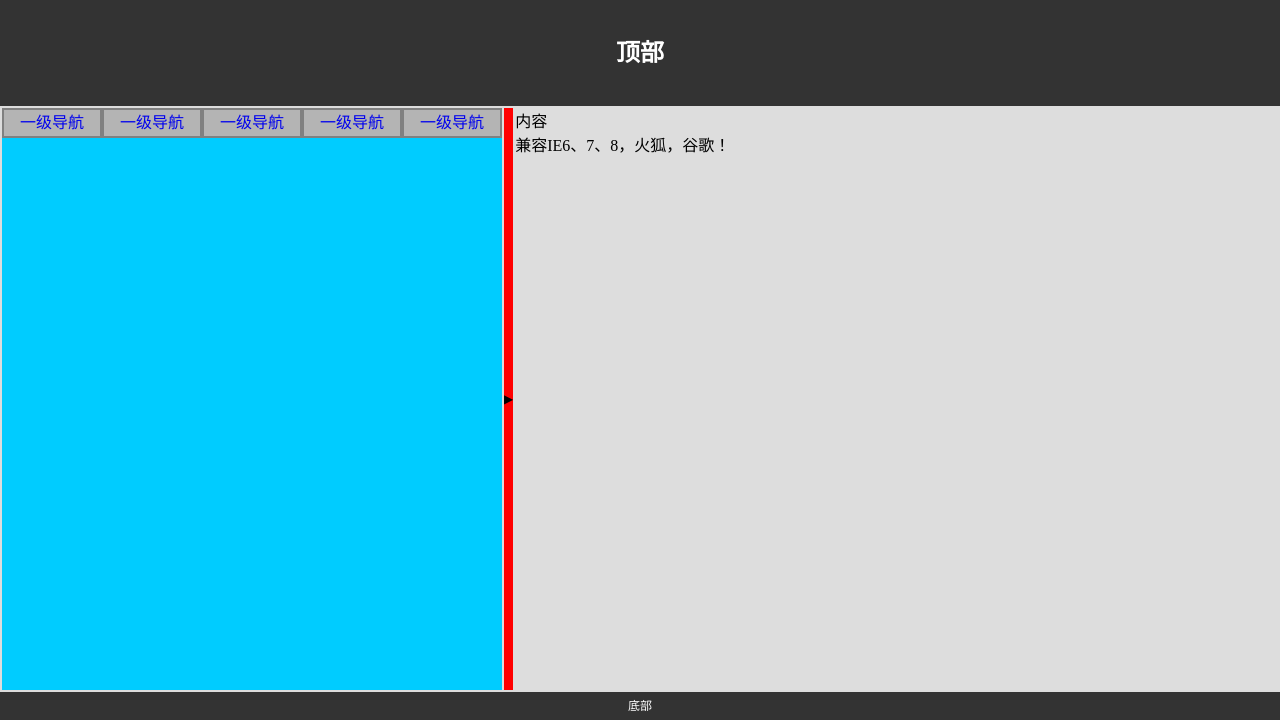
Repository: figo645/NewGenerationOA
Page: http://localhost/mavenweb/
The author's editor kept a copy of each file at every save. The page is drawn from the files as they stood at one save, then again after the next save.
The browser window is 1280 px wide. The pictures show the whole page.
The page is served by Tomcat 9. Nobody is signed in. The application's start-up code is not run. Other server files are loaded and not shown.

Above is the page before, as saved 2015-09-24 05:13:12.

### 3.implementtation/prototype_ws/mavenweb/src/main/webapp/index.jsp
<%@ page contentType="text/html;charset=utf-8"%>
<html xmlns="http://www.w3.org/1999/xhtml";>
<head>
<title>自适应</title>
<style type="text/css">
html {
	height: 100%;
	max-height: 100%;
	padding: 0;
	margin: 0;
	border: 0;
	background: #eef0ef;
	font-size: 76%;
	overflow: hidden;
}

body {
	height: 100%;
	max-height: 100%;
	border: 0;
	overflow: hidden;
	background: #fff;
	padding: 0;
}
/*lay
--------------*/
#content {
	position: absolute;
	overflow: hidden;
	z-index: 3;
	top: 106px;
	left: 0;
	width: 100%;
	bottom: 28px;
	bottom: 28px\9;
	background: #ddd;
}

* html #content {
	top: 0;
	height: 100%;
	max-height: 100%;
	width: 100%;
	overflow: hidden;
	position: absolute;
	z-index: 3;
	border-top: 106px solid #fff;
	border-bottom: 28px solid #fff;
}

#header {
	position: absolute;
	margin: 0;
	top: 0;
	left: 0;
	display: block;
	width: 100%;
	height: 106px;
	line-height: 106px;
	background: #333;
	z-index: 5;
	overflow: hidden;
	color: #fff;
	text-align: center;
}

#footer {
	position: absolute;
	margin: 0;
	bottom: 0;
	left: 0;
	display: block;
	width: 100%;
	height: 28px;
	line-height: 28px;
	text-align: center;
	z-index: 5;
	overflow: hidden;
	color: #fff;
	background: #333;
}

/*中间表格*/
.main_tab {
	width: 100%;
	height: 100%;
}

.main_tab td {
	padding: 0px;
	margin: 0px;
	vertical-align: top;
	height: 100%;
	max-height: 100%;
}

.main_tab td.td_left {
	width: 181px;
	background: #00CCFF;
}

.main_tab td.td_close {
	padding: 0px;
	width: 8px;
	vertical-align: middle;
	background: #ff0000;
	font-size: 12px;
	overflow: hidden;
}
</style>

<style type="text/css">
/*设置通配符样式*/
* {
	margin: 0;
	padding: 0;
}

body {
	font-size: 12px;
}

ul {
	list-style: none;
}

a {
	text-decoration: none;
}

/*设置二级导航样式*/
.nav {
	width: 500px;
	height: 30px;
	background-color: #b4b4b4;
	/*导航栏居中*/
	margin: auto;
}

.nav ul li {
	width: 100px;
	height: 30px;
	float: left;
	position: relative;
}

.nav ul li a {
	display: block;
	width: 96px;
	border: 2px solid gray;
	height: 26px;
	line-height: 26px;
	text-align: center;
}

.nav ul li a:hover {
	background-color: yellow;
}

/*设置一级导航样式*/
.nav ul li ul {
	display: none;
}

.nav ul li:hover ul {
	display: block;
	width: 100px;
	position: absolute;
	top: 30px;
	left: 0;
	background-color: white;
}

.nav ul li:hover ul li a {
	display: block;
	width: 96px;
	height: 26px;
	line-height: 26px;
	border: 2px solid gray;
	text-align: center;
}

.nav ul li:hover ul li a:hover {
	background-color: orange;
}

/*设置三级导航样式*/
.nav ul li:hover ul li ul {
	display: none;
}

.nav ul li:hover ul li:hover ul {
	display: block;
	width: 100px;
	position: absolute;
	top: 0px;
	left: 100px;
	background-color: #b4b4b4;
}

.nav ul li:hover ul li:hover ul li {
	width: 100px;
	height: 30px;
}

.nav ul li:hover ul li:hover ul li a {
	display: block;
	width: 96px;
	height: 26px;
	line-height: 26px;
	border: 2px solid gray;
	text-align: center;
}

.nav ul li:hover ul li:hover ul li a:hover {
	background-color: #00CC00;
}

.nav ul li:hover ul .nav_jw ul {
	display: none;
}

.nav ul li:hover ul .nav_jw:hover ul {
	display: block;
	width: 100px;
	position: absolute;
	top: 0px;
	left: -100px;
	background-color: #b4b4b4;
}

.nav ul li:hover ul .nav_jw:hover ul li {
	width: 100px;
	height: 30px;
}

.nav ul li:hover ul .nav_jw:hover ul li a {
	display: block;
	width: 96px;
	height: 26px;
	line-height: 26px;
	border: 2px solid gray;
	text-align: center;
}

.nav ul li:hover ul .nav_jw:hover ul li a:hover {
	background-color: #00CC00;
}
</style>

<script type="text/javascript">
	function show() {
		if (document.getElementById("left").style.display == 'none') { //判断目前左边栏的状态（显示、隐藏）
			document.getElementById("left").style.display = 'block'; //显示左边栏
		} else {
			document.getElementById("left").style.display = 'none'; //隐藏左边栏
		}
	}
</script>
</head>
<body>
	<div id="header">
		<h1>顶部</h1>
	</div>
	<div id="content">
		<table cellpadding="0" cellpadding="0" border="0" class="main_tab">
			<tr>
				<td class="td_left" id="left">
					<div class="menu_column">
						<div class="title"></div>
						<div class="menu_con">
							<div class="lef_nav">
								<div class="nav">
									<ul>
										<li><a href="#">一级导航</a>
											<ul>
												<li><a href="#">二级导航</a>
													<ul>
														<li><a href="#">三级导航</a></li>
														<li><a href="#">三级导航</a></li>
														<li><a href="#">三级导航</a></li>
													</ul></li>
												<li><a href="#">二级导航</a>
													<ul>
														<li><a href="#">三级导航</a></li>
														<li><a href="#">三级导航</a></li>
														<li><a href="#">三级导航</a></li>
													</ul></li>
												<li><a href="#">二级导航</a>
													<ul>
														<li><a href="#">三级导航</a></li>
														<li><a href="#">三级导航</a></li>
														<li><a href="#">三级导航</a></li>
													</ul></li>
											</ul></li>
										<li><a href="#">一级导航</a>
											<ul>
												<li><a href="#">二级导航</a></li>
												<li><a href="#">二级导航</a></li>
												<li><a href="#">二级导航</a></li>
											</ul></li>
										<li><a href="#">一级导航</a>
											<ul>
												<li><a href="#">二级导航</a></li>
												<li><a href="#">二级导航</a></li>
												<li><a href="#">二级导航</a></li>
											</ul></li>
										<li><a href="#">一级导航</a>
											<ul>
												<li><a href="#">二级导航</a></li>
												<li><a href="#">二级导航</a></li>
												<li><a href="#">二级导航</a></li>
											</ul></li>
										<li><a href="#">一级导航</a>
											<ul>
												<li class="nav_jw"><a href="#">二级导航</a>
													<ul>
														<li><a href="#">三级导航</a></li>
														<li><a href="#">三级导航</a></li>
														<li><a href="#">三级导航</a></li>
													</ul></li>
												<li class="nav_jw"><a href="#">二级导航</a>
													<ul>
														<li><a href="#">三级导航</a></li>
														<li><a href="#">三级导航</a></li>
														<li><a href="#">三级导航</a></li>
													</ul></li>
												<li class="nav_jw"><a href="#">二级导航</a>
													<ul>
														<li><a href="#">三级导航</a></li>
														<li><a href="#">三级导航</a></li>
														<li><a href="#">三级导航</a></li>
													</ul></li>
											</ul></li>
									</ul>
								</div>


							</div>
						</div>
					</div> <!--左边菜单 end-->
				</td>
				<!-- 点击缩进 -->
				<td class="td_close" onclick="show();">▶</td>
				<td>
					<div id="contenct">
						内容<br />兼容IE6、7、8，火狐，谷歌！
					</div>
				</td>
			</tr>
		</table>
	</div>
	<div id="footer">底部</div>
</body>
</html>

After the next save:
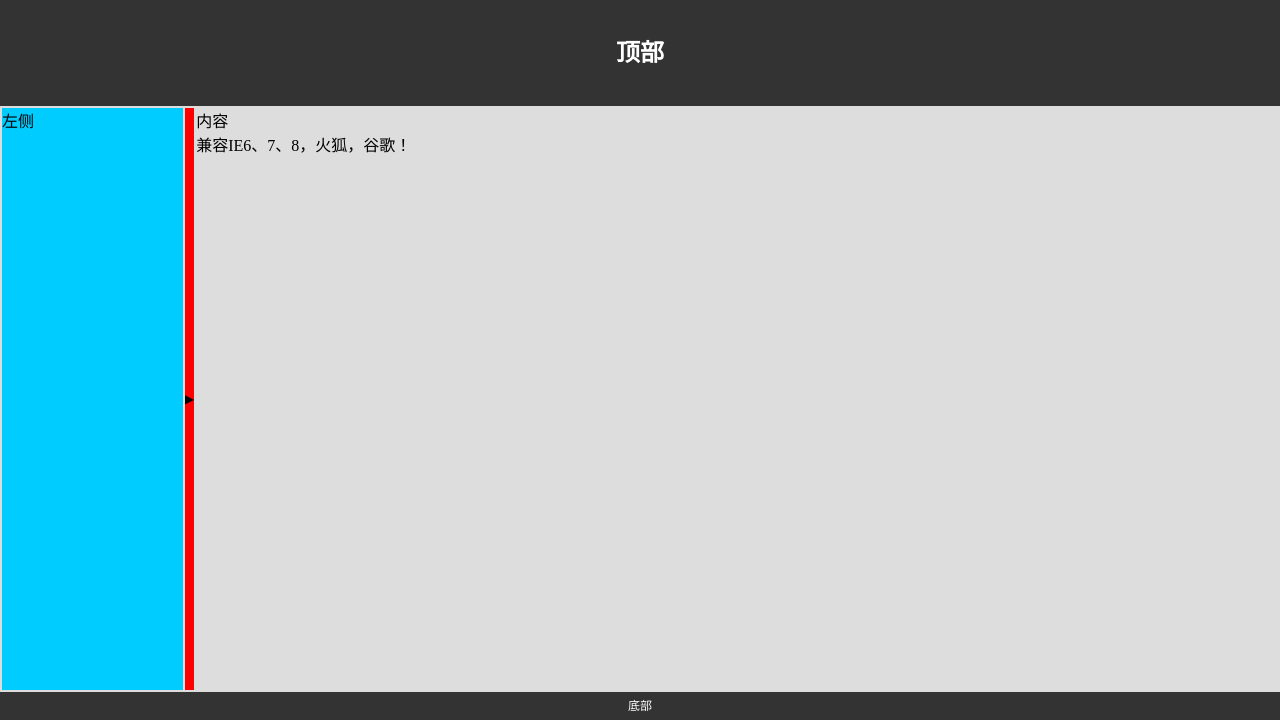
Saved 32 s later.
--- a/3.implementtation/prototype_ws/mavenweb/src/main/webapp/index.jsp
+++ b/3.implementtation/prototype_ws/mavenweb/src/main/webapp/index.jsp
@@ -269,74 +269,7 @@ a {
 					<div class="menu_column">
 						<div class="title"></div>
 						<div class="menu_con">
-							<div class="lef_nav">
-								<div class="nav">
-									<ul>
-										<li><a href="#">一级导航</a>
-											<ul>
-												<li><a href="#">二级导航</a>
-													<ul>
-														<li><a href="#">三级导航</a></li>
-														<li><a href="#">三级导航</a></li>
-														<li><a href="#">三级导航</a></li>
-													</ul></li>
-												<li><a href="#">二级导航</a>
-													<ul>
-														<li><a href="#">三级导航</a></li>
-														<li><a href="#">三级导航</a></li>
-														<li><a href="#">三级导航</a></li>
-													</ul></li>
-												<li><a href="#">二级导航</a>
-													<ul>
-														<li><a href="#">三级导航</a></li>
-														<li><a href="#">三级导航</a></li>
-														<li><a href="#">三级导航</a></li>
-													</ul></li>
-											</ul></li>
-										<li><a href="#">一级导航</a>
-											<ul>
-												<li><a href="#">二级导航</a></li>
-												<li><a href="#">二级导航</a></li>
-												<li><a href="#">二级导航</a></li>
-											</ul></li>
-										<li><a href="#">一级导航</a>
-											<ul>
-												<li><a href="#">二级导航</a></li>
-												<li><a href="#">二级导航</a></li>
-												<li><a href="#">二级导航</a></li>
-											</ul></li>
-										<li><a href="#">一级导航</a>
-											<ul>
-												<li><a href="#">二级导航</a></li>
-												<li><a href="#">二级导航</a></li>
-												<li><a href="#">二级导航</a></li>
-											</ul></li>
-										<li><a href="#">一级导航</a>
-											<ul>
-												<li class="nav_jw"><a href="#">二级导航</a>
-													<ul>
-														<li><a href="#">三级导航</a></li>
-														<li><a href="#">三级导航</a></li>
-														<li><a href="#">三级导航</a></li>
-													</ul></li>
-												<li class="nav_jw"><a href="#">二级导航</a>
-													<ul>
-														<li><a href="#">三级导航</a></li>
-														<li><a href="#">三级导航</a></li>
-														<li><a href="#">三级导航</a></li>
-													</ul></li>
-												<li class="nav_jw"><a href="#">二级导航</a>
-													<ul>
-														<li><a href="#">三级导航</a></li>
-														<li><a href="#">三级导航</a></li>
-														<li><a href="#">三级导航</a></li>
-													</ul></li>
-											</ul></li>
-									</ul>
-								</div>
-
-
-							</div>
+							<div class="lef_nav">左侧</div>
 						</div>
 					</div> <!--左边菜单 end-->
 				</td>
